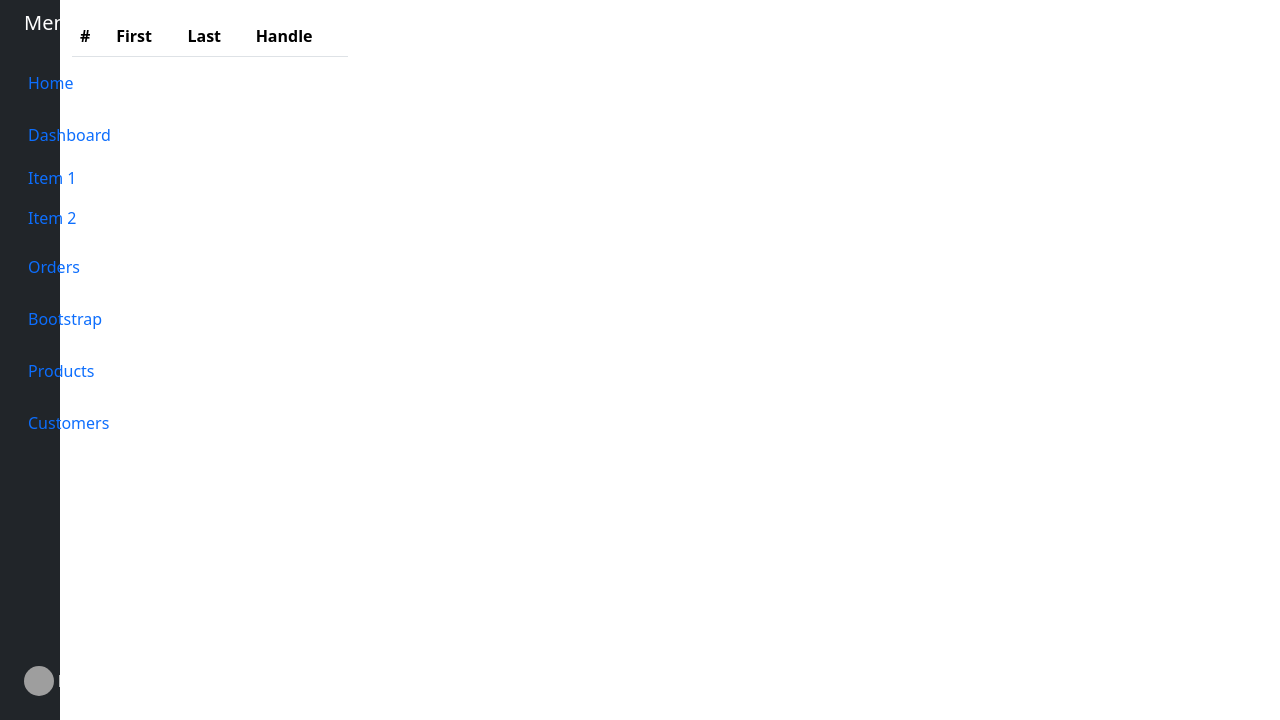
Repository: HadelAbdellatif/ReactApp3
Page: /user/index
These files come from the project's save history. The page is drawn as it stood at one moment and after a run of saves; the edit follows.
The browser window is 1280 px wide. The pictures show the whole page.
Pictures or frames that could not be fetched are drawn as grey boxes. The page's requests for data from a server got no answer. The project was rebuilt for these pictures with package versions that can differ from the ones it lists, and the page was loaded fresh each time. No one was signed in, and anything a server would have sent is missing. Also part of the build but not shown: vite.config.js, src/components/users/Create.jsx.

Above is the page before, as saved 2023-11-04 20:26:15.

After the next 2 saves:
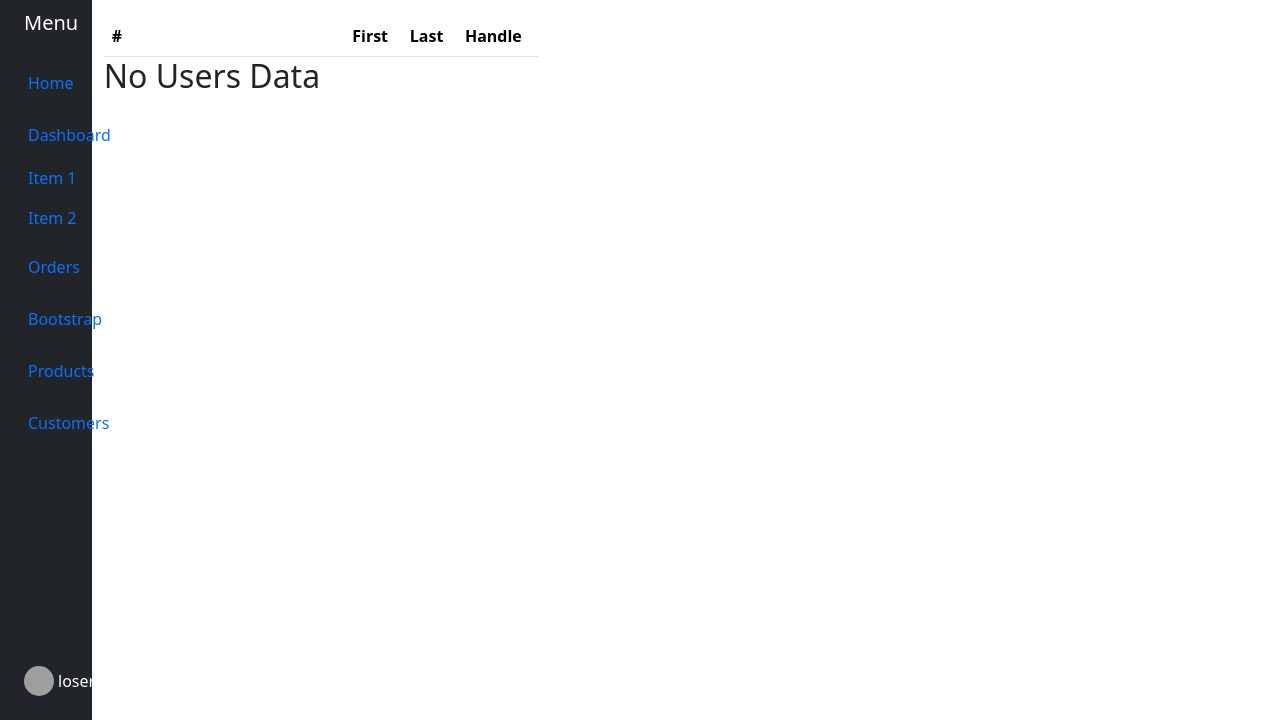
The 2 saves are shown as one change because they came seconds apart.
The last was saved 9 s later.
--- a/src/components/users/Index.jsx
+++ b/src/components/users/Index.jsx
@@ -124,7 +124,7 @@
                                         </tr>
                                     </React.Fragment>
                             )
-                            ) : <h2></h2>
+                            ) : <h2>No Users Data</h2>
                            }
                         </tbody>
                     </table>

After the save that followed:
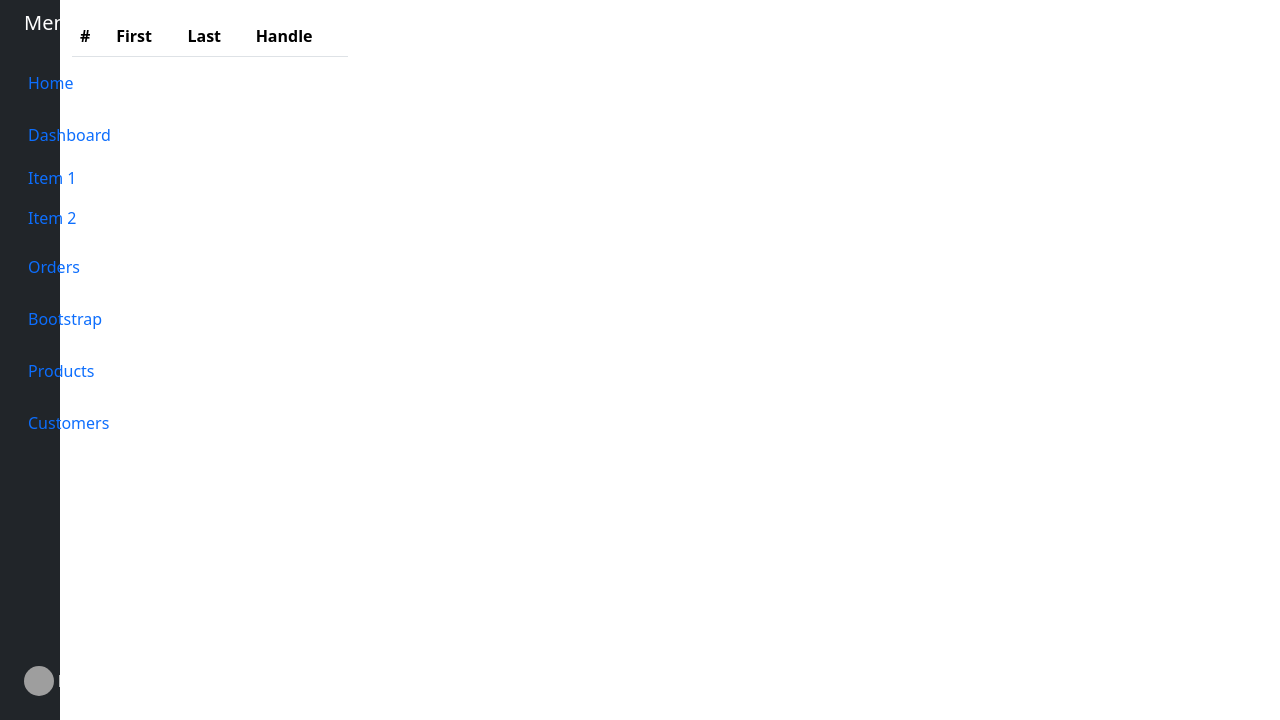
Saved 15 s later.
--- a/src/components/users/Index.jsx
+++ b/src/components/users/Index.jsx
@@ -112,7 +112,6 @@
                         </thead>
                         <tbody>
                            {
-                            users.length>0?
                             users.map( (user, index)=>
                             (
                                     <React.Fragment key={user._id}>
@@ -124,7 +123,7 @@
                                         </tr>
                                     </React.Fragment>
                             )
-                            ) : <h2>No Users Data</h2>
+                            )
                            }
                         </tbody>
                     </table>
